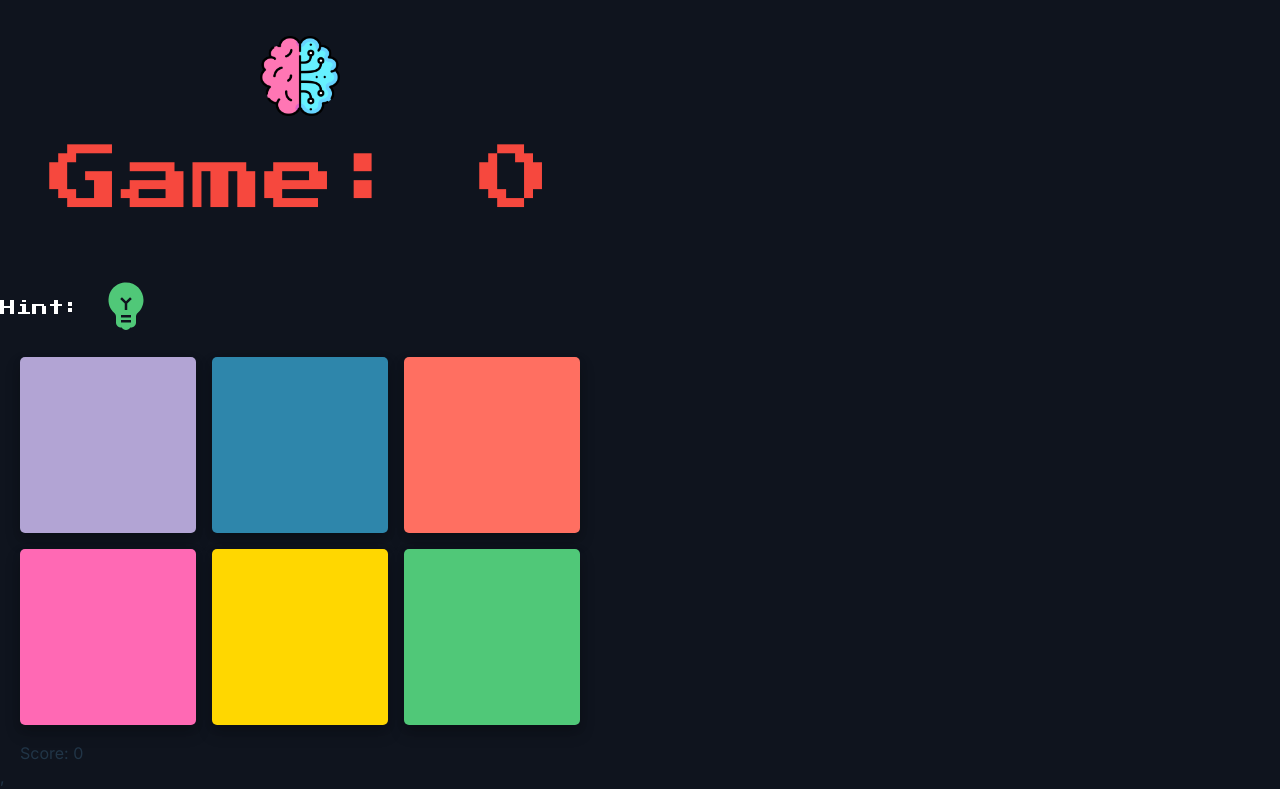
Repository: Shenixo/Color_match_game
Page: /game_play
These files come from the project's save history. The page is drawn as it stood at one moment and after the next save; the edit follows.
The browser window is 1280 px wide. The pictures show the whole page.
The project was rebuilt for these pictures with package versions that can differ from the ones it lists, and the page was loaded fresh each time. Also part of the build but not shown: vite.config.js, src/Components/Tab/Tab.css, src/Components/Tab/Tab.jsx, src/Pages/Home/Home.jsx, src/Pages/Rules/Rules.css, src/Pages/Rules/Rules.jsx, src/Pages/Sound/Sound.jsx. Imported but missing from the stored project, and not drawn on this page: src/assets/button_clicks.wav, src/assets/game_theme_sound.mp4.

Above is the page before, as saved 2025-02-04 01:51:29.

### index.html
<!DOCTYPE html>
<html lang="en">
  <head>
    <meta charset="UTF-8" />
    <link rel="icon" type="image/svg+xml" href="/vite.svg" />
    <meta name="viewport" content="width=device-width, initial-scale=1.0" />
    <link rel="preconnect" href="https://fonts.googleapis.com" />
    <link rel="preconnect" href="https://fonts.gstatic.com" crossorigin />
    <link rel="preconnect" href="https://fonts.googleapis.com">
<link rel="preconnect" href="https://fonts.gstatic.com" crossorigin>
<link href="https://fonts.googleapis.com/css2?family=Inter:ital,opsz,wght@0,14..32,100..900;1,14..32,100..900&family=Poppins:ital,wght@0,100;0,200;0,300;0,400;0,500;0,600;0,700;0,800;0,900;1,100;1,200;1,300;1,400;1,500;1,600;1,700;1,800;1,900&family=Press+Start+2P&display=swap" rel="stylesheet">
    <title>Color Match</title>
  </head>
  <body>
    <div id="root"></div>
    <script type="module" src="/src/main.jsx"></script>
  </body>
</html>

### src/App.jsx
import { Route, Routes } from "react-router-dom";
import "./App.css";
import Home from "./Pages/Home/Home";
import Rules from "./Pages/Rules/Rules";
import Sound from "./Pages/Sound/Sound";
import GamePlay from "./Pages/GamePlay/GamePlay";

function App() {
  return (
    <div>
      <Routes>
        <Route path="/" element={<Home />} />
        <Route path="/game_play" element={<GamePlay/>}/>
        <Route path="/rules" element={<Rules />} />
        <Route path="/sound" element={<Sound />} />
      </Routes>
    </div>
  );
}

export default App;

### src/App.css
*{
  padding: 0;
  margin: 0;
  box-sizing: border-box;
  font-family: "Inter", serif;
}
body{
  background: #0f141e;
}

### src/Pages/GamePlay/GamePlay.jsx
import {Card, listenForScoreUpdates } from "../../Components/Card/Card"
import Title from "../../Components/Title/Title"
import "./GamePlay.css"
import ScoreNdColorBox from "../../Components/ScoreNdColorBox/ScoreNdColorBox"
import { useEffect, useState } from "react"

const GamePlay = () => {
  const [score, setScore] = useState(0);
  useEffect(() => {
    listenForScoreUpdates(setScore);
  }, []);
  return (
    <div>
      <div className="container">
        <Title content={`Game: ${score}`} />
        <div className="game-tab">
        <ScoreNdColorBox/>
        </div>
        <Card/>
      </div>
    </div>
  )
}

export default GamePlay

### src/Components/Title/Title.jsx
/* eslint-disable react/prop-types */
import "./Title.css"
import brain from "../../assets/brain.png"
import { Link } from "react-router-dom"
import { TabClick } from "../../Components/Sound/Sound";
const Title = ({content}) => {
  return (
    <div className="title">
          <h1>{content}</h1>
          <Link to="/">
          <img src={brain} onClick={TabClick} alt="Brain image" width={80} />
          </Link>
    </div>
  )
}

export default Title

### src/Pages/Home/Home.css
.home{
    width: 100%;
    max-height: 100svh;
}
.container{
    display: flex;
    align-items: center;
    justify-content: center;
    margin-top: 6%;
    flex-direction: column;
    gap: 1rem;
}

### src/Components/Sound/Sound.jsx
import Game_sound from "../../assets/game_theme_sound.mp4";
import Tab_sound from "../../assets/button_clicks.wav";

let game_theme = new Audio(Game_sound);
game_theme.loop = true;
const GameTheme = () => {
  if (game_theme.paused) {
    game_theme.play();
  } else {
    game_theme.pause();
    game_theme.currentTime = 0;
  }
};


const TabClick = () => {
  const tab_clicks = new Audio(Tab_sound)
  tab_clicks.play()
}
export { GameTheme, TabClick };

### src/Components/Card/Card.jsx
import { useState, useEffect } from "react";
import "./Card.css";
import { TabClick } from "../../Components/Sound/Sound";

const fineColors = [
  "#2E86AB",
  "#FF6F61",
  "#50C878",
  "#B2A4D4",
  "#FFD700",
  "#FF69B4",
];

let score = 0;
const setGlobalScore = (newScore) => {
  score = newScore;
  document.dispatchEvent(new CustomEvent("scoreUpdated", { detail: score }));
};

const Card = () => {
  const cardArr = Array.from({ length: 6 });
  const [shuffledColors, setShuffledColors] = useState([...fineColors]);
  const [localScore, setLocalScore] = useState(score);
  const [chosenColor, setChosenColor] = useState(null);
  const [clickEnabled, setClickEnabled] = useState(false);
  const [showHint, setShowHint] = useState(true);

  useEffect(() => {
    startNewRound();
  }, []);

  const startNewRound = () => {
    setClickEnabled(false);
    setShowHint(true);

    const randomColor = fineColors[Math.floor(Math.random() * fineColors.length)];
    setChosenColor(randomColor);

    // Dispatch the chosen color event
    document.dispatchEvent(new CustomEvent("colorChosen", { detail: randomColor }));

    setTimeout(() => {
      const shuffled = [...fineColors].sort(() => Math.random() - 0.5);
      setShuffledColors(shuffled);
      setClickEnabled(true);
      setShowHint(false);
    }, 4000);
  };

  const handleWinState = () => {
    setLocalScore((prev) => {
      const newScore = prev + 1;
      setGlobalScore(newScore);
      return newScore;
    });
  };

  const handleLoseState = () => {
    setLocalScore((prev) => {
      const newScore = prev - 1;
      setGlobalScore(newScore);
      return newScore;
    });
  };

  const handleCheckPlayerClick = (clickedIndex) => {
    if (!clickEnabled) return;

    const clickedColor = shuffledColors[clickedIndex];

    if (clickedColor === chosenColor) {
      handleWinState();
    } else {
      handleLoseState();
    }

    TabClick();
    setClickEnabled(false);

    setTimeout(() => {
      startNewRound();
    }, 1000);
  };

  return (
    <div className="card">
      {cardArr.map((_, idx) => (
        <button
          onClick={() => handleCheckPlayerClick(idx)}
          className={showHint && shuffledColors[idx] === chosenColor ? "chosen_card" : ""}
          style={{ background: shuffledColors[idx] }}
          key={idx}
          disabled={!clickEnabled}
        />
      ))}
      <p>Score: {localScore}</p>
    </div>
  );
};

export { Card, setGlobalScore };

export const listenForScoreUpdates = (callback) => {
  document.addEventListener("scoreUpdated", (event) => {
    callback(event.detail);
  });
};

### src/Pages/GamePlay/GamePlay.css
.game-tab{
    display: flex;
    align-items: center;
    justify-content: space-between;
    width: 600px;
}

### src/Components/ScoreNdColorBox/ScoreNdColorBox.jsx
import ChosenColor from "../ChosenColorDisplay/ChosenColorDisplay"

import "./ScoreNdColorBox.css";
const ScoreNdColorBox = () => {

  return (
    <div className="score_nd_color_box">
      <div className="target_card">
        <p>Hint:</p>
        <ChosenColor/>
      </div>
    </div>
  );
};

export default ScoreNdColorBox;

### src/Components/Title/Title.css
.title {
  display: flex;
  align-items: center;
  gap: 1rem;
  color: #f6483e;
  font-size: 1.4rem;
  margin-bottom: 2.5rem;
  flex-direction: column-reverse;
}
.title h1 {
  font-family: "Press Start 2P", serif;
}

### src/Components/Card/Card.css
.card {
  display: grid;
  grid-template-columns: 1fr 1fr 1fr;
  gap: 1rem;
  transition: all 0.5s ease-in-out;
  justify-content: center;
  align-items: center;
  position: relative;
}
.card button {
  width: 11rem;
  cursor: pointer;
  height: 11rem;
  border-radius: 5px;
  transition: transform 0.5s ease-in-out, opacity 0.5s ease-in-out;
  box-shadow: 0px 8px 16px rgba(0, 0, 0, 0.2), 0px 4px 8px rgba(0, 0, 0, 0.1);
  transition: .5s;
  border: none;
}
.card div:active{
  scale: .85;
}

.chosen_card {
  animation: pulse 1.2s 3 ease-in-out;
}

@keyframes pulse {
  0% {
    transform: scale(1);
  }
  50% {
    transform: scale(1.1);
  }
  100% {
    transform: scale(1);
  }
}

.card.collapse div {
  transform: scale(0.1) translate(-50%, -50%);
  opacity: 0;
}

.card.spread div {
  transform: scale(1) translate(0, 0);
  opacity: 1;
}

@media only screen and (max-width: 880px) {
  .card {
    grid-template-columns: 1fr 1fr;
  }
}

### src/Components/ChosenColorDisplay/ChosenColorDisplay.jsx
import { useState, useEffect } from "react";
import EmojiObjectsIcon from '@mui/icons-material/EmojiObjects';
const ChosenColorDisplay = () => {
  const [chosenColor, setChosenColor] = useState(null);

  useEffect(() => {
    const handleColorChosen = (event) => {
      setChosenColor(event.detail);
    };
    document.addEventListener("colorChosen", handleColorChosen);

    return () => {
      document.removeEventListener("colorChosen", handleColorChosen);
    };
  }, []);
console.log("chosenColor", chosenColor)
  return (
    <span><EmojiObjectsIcon  style={{color: chosenColor, fontSize:"60" }}/></span>
  );
};

export default ChosenColorDisplay;

### src/Components/ScoreNdColorBox/ScoreNdColorBox.css

.random_card{
    border-radius: 5px;
    height: 2.4rem;
    width: 2.4rem;
}
.target_card{
    display: flex;
    align-items: center;
    gap: 1rem;
    font-size: 1rem;
    color: white;
}
.target_card p{
    font-family: "Press Start 2P", serif;

}

Loaded but not shown: src/main.jsx (common file); src/index.css (common file)

After the next save:
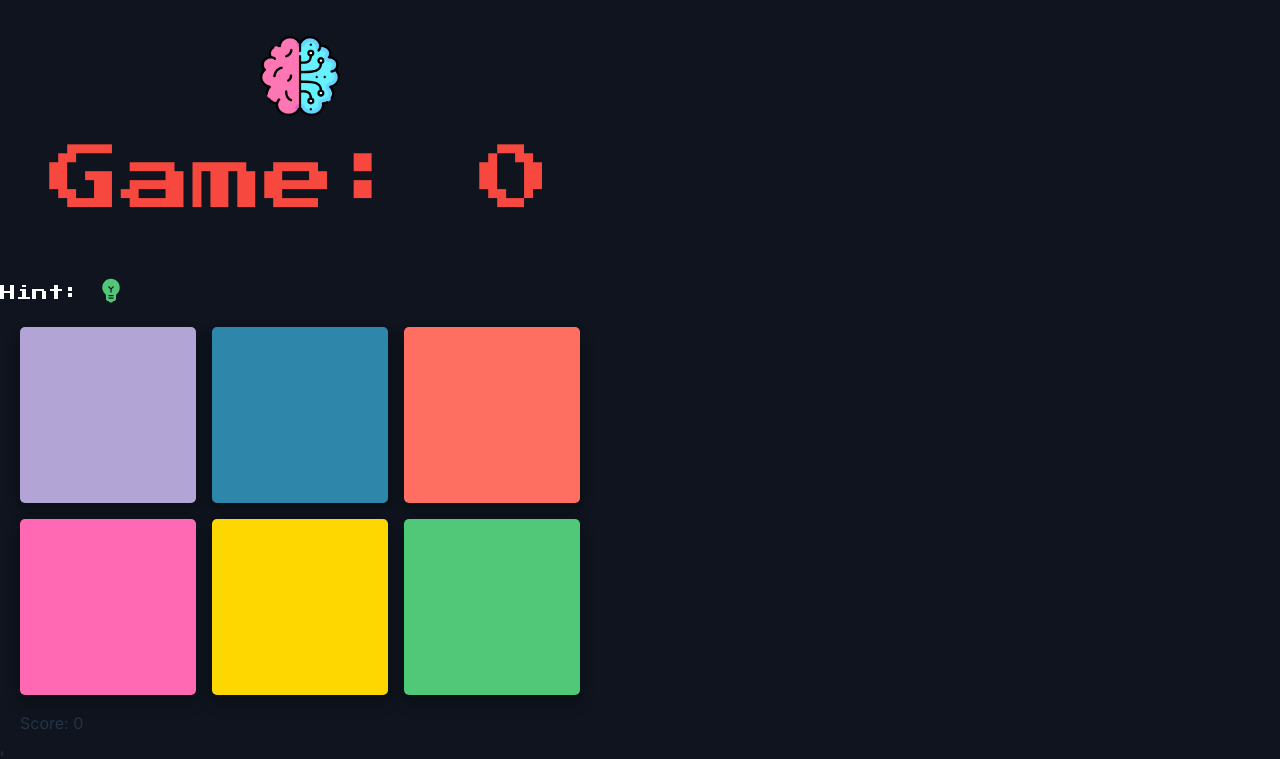
Saved 7 s later.
--- a/src/Components/ChosenColorDisplay/ChosenColorDisplay.jsx
+++ b/src/Components/ChosenColorDisplay/ChosenColorDisplay.jsx
@@ -15,7 +15,7 @@ const ChosenColorDisplay = () => {
   }, []);
 console.log("chosenColor", chosenColor)
   return (
-    <span><EmojiObjectsIcon  style={{color: chosenColor, fontSize:"60" }}/></span>
+    <span><EmojiObjectsIcon  style={{color: chosenColor, fontSize:"30" }}/></span>
   );
 };
 
